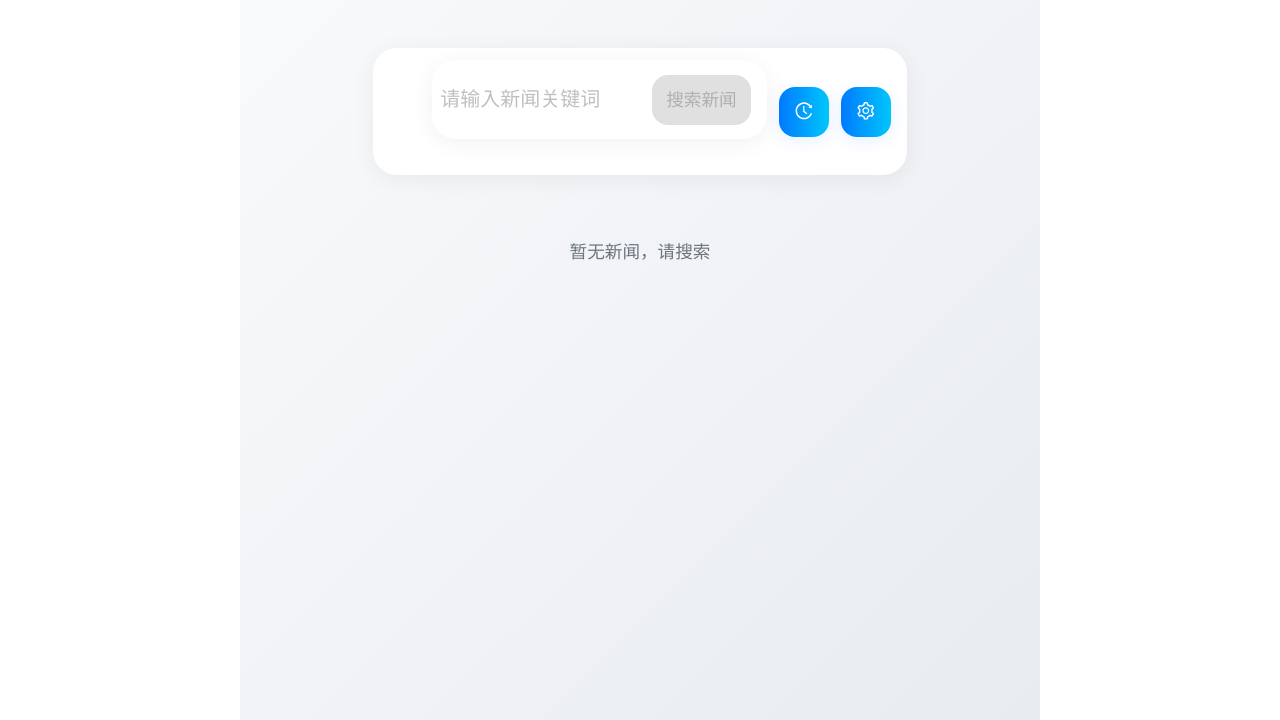
Repository: XJN7197/NewsAssistantBaseMCP
Page: / (app in frontend/)
An editor plug-in stored every save of this project. The page is shown before and after the next save, followed by the edit.
The browser window is 1280 px wide. The pictures show the whole page.
The project was rebuilt for these pictures with package versions that can differ from the ones it lists, and the page was loaded fresh each time. Also part of the build but not shown: frontend/vite.config.ts, frontend/src/components/NewsCard.tsx.

Above is the page before, as saved 2025-05-25 19:40:25.

### frontend/src/App.tsx
import { useState } from 'react'
import Home from './pages/Home'
import './App.css'

function App() {

  return (
    <>
      <Home/>
    </>
  )
}

export default App

### frontend/src/pages/Home.module.css
.home-container {
  height: 100vh;
  width: 800px;
  background: linear-gradient(135deg, #f8fafc 0%, #e9ecef 100%);
  display: flex;
  flex-direction: column;
  align-items: center;
  padding: 48px 0 48px 0; /* 调整了上下padding，左右padding设为0，因为内容区会通过max-width控制 */
  font-family: -apple-system, BlinkMacSystemFont, "Segoe UI", Roboto, "Helvetica Neue", Arial, "PingFang SC", "Hiragino Sans GB", "Microsoft YaHei", sans-serif;
}

.search-bar {
  display: flex;
  justify-content: flex-end;
  align-items: center;
  gap: 12px;
  position: sticky;
  top: 0;
  z-index: 1;
  background: #fff;
  border-radius: 24px;
  box-shadow: 0 4px 24px 0 rgba(0,0,0,0.06);
  padding: 12px 16px; /* 减小整体内边距 */
  margin-bottom: 24px;
  width: 66.66%;
  max-width: none;
}

.search-bar input[type="text"] {
  flex: 1;
  min-width: 200px; /* 设置最小宽度 */
  border: none;
  outline: none;
  font-size: 1.25rem;
  background: transparent;
  color: #222;
  padding: 8px 12px; /* 调整输入框内边距 */
  margin: 0;
  box-sizing: border-box;
  border-radius: 8px; /* 添加圆角 */
  transition: background 0.2s;
}

/* 添加输入框悬停效果 */
.search-bar input[type="text"]:hover,
.search-bar input[type="text"]:focus {
  background: rgba(0, 0, 0, 0.02);
}
.search-bar button {
  height: 50px;
  background: linear-gradient(90deg, #007aff 0%, #00c6fb 100%);
  color: #fff;
  border: none;
  border-radius: 16px; /* 更大的圆角 */
  padding: 14px 36px; /* 增加了按钮padding */
  font-size: 1.1rem; /* 稍大字体 */
  font-weight: 500;
  cursor: pointer;
  transition: background 0.2s, box-shadow 0.2s;
  box-shadow: 0 4px 16px 0 rgba(0,122,255,0.10); /* 按钮阴影 */
}

.search-bar button:disabled {
  background: #e0e0e0;
  color: #b0b0b0;
  cursor: not-allowed;
  box-shadow: none;
}

.news-list-container { /* Renamed from .news-list */
  width: 66.66%; /* 宽度固定为视口宽度的2/3 */
  /* height: 1500px; 高度固定为1500px */
  max-width: none; /* 移除最大宽度限制 */
  margin-bottom: 40px;
  min-height: 180px; /* 最小高度，避免内容过少时塌陷 */
  display: flex;
  flex-direction: column;
  gap: 24px; /* 新闻卡片之间的间距 */
  overflow-y: auto; /* 添加垂直滚动 */
  /* 可以在这里添加新闻卡片的样式，或者为新闻卡片组件单独创建样式文件 */
}

/* 针对 news-list 中暂无新闻的提示文本样式 */
.news-list > div {
  color: #6c757d; /* 柔和的提示文字颜色 */
  font-size: 1.1rem;
  text-align: center;
  padding: 40px 0;
}

/* Styles for .news-card, .checkbox-container, .news-content, .news-title, .news-desc, .news-link are removed as Ant Design components handle them */

/* 错误消息样式 */
.error-message {
  color: #dc3545; /* 红色错误提示 */
  font-size: 1.1rem;
  text-align: center;
  padding: 40px 0;
}


.analyze-btn {
  margin-bottom: 32px;
}

.analyze-btn button {
  background: linear-gradient(90deg, #34e89e 0%, #0f3443 100%); /* 保持了之前的渐变色 */
  color: #fff;
  border: none;
  border-radius: 16px; /* 更大的圆角 */
  padding: 16px 48px; /* 增加了按钮padding */
  font-size: 1.2rem; /* 稍大字体 */
  font-weight: 600;
  cursor: pointer;
  transition: background 0.2s, box-shadow 0.2s;
  box-shadow: 0 4px 16px 0 rgba(52,232,158,0.10); /* 按钮阴影 */
}

.analyze-btn button:disabled {
  background: #e0e0e0;
  color: #b0b0b0;
  cursor: not-allowed;
  box-shadow: none;
}

/* Styles for .report-modal and its children are removed as Ant Design Modal component handles them */

### frontend/src/mock/newsData.ts
export const mockNewsData = {
    news_list: [
      {
        title: "Qwen引领AI前端技术革新：深度解析一句话开发网页的突破_模型_行业_创新",
        desc: "在人工智能快速发展的2025年，来自量子位的最新报道显示，AI技术正迎来前所未有的革新，尤其是在前端开发领域。由Qwen推出的“AI前端工程师”WebDev工具，以...",
        url: "https://news.sohu.com/a/893821748_121924584"
      },
      {
        title: "谷歌推Gemini2.5Pro模型，AI 助力前端开发与复杂编程",
        desc: "谷歌推Gemini2.5Pro模型#，AI 助力前端开发与复杂编程】5 月7 日消息，科技媒体The Decoder 昨日（5 月6 日）发布博文，报道称谷歌为预热今年的I/O...",
        url: "https://news.sina.com.cn/external/car/2025-05-07/doc-inevtine1324735.shtml"
      },
      {
        title: "前端程序员请注意！首个截图就能生成现代前端代码的AI来了 | 已开源",
        desc: "现在截图生成代码，已经来到了一个新高度——. ⾸个⾯向现代前端代码⽣成的多模态⼤模型解决⽅案，来了！ 而且是开源的那种。 前端程序员请注意！首个截图就能...",
        url: "https://www.qbitai.com/2025/02/258521.html"
      },
      {
        title: "AI包办79%代码，程序员饭碗不保，前端开发要凉，人类只配改Bug？",
        desc: "编码助手更偏向自动化。有79%的Claude Code对话可以被归为「自动化」，即AI直接完成任务，而不是与人类协作「增强」。相比之下，Claude.ai的对话中只有49%是...",
        url: "https://m.36kr.com/p/3271134281245063"
      },
      {
        title: "武汉烽火申请前后端协同开发方法专利，大大降低前后端耦合度",
        desc: "本文源自:金融界. 金融界2025年5月15日消息，国家知识产权局信息显示，武汉烽火信息集成技术有限公司申请一项名为“前后端协同开发方法、装置、设备及可...",
        url: "https://cj.sina.cn/articles/view/1704103183/65928d0f02007wlqg?froms=ggmp"
      }
    ]
  };

### frontend/src/mock/reportData.ts
// 模拟舆情分析报告数据
export const mockReportData = {
  report: `
  **分析时间：** 2025-05-22 20:48:32

  ---

  ## 📥 原始新闻内容

  ### 新闻1
  - **标题**: Qwen引领AI前端技术革新：深度解析一句话开发网页的突破_模型_行业_创新
  - **描述**: 在人工智能快速发展的2025年，来自量子位的最新报道显示，AI技术正迎来前所未有的革新，尤其是在前端开发领域。由Qwen推出的“AI前端工程师”WebDev工具，以...
  - **链接**: https://news.sohu.com/a/893821748_121924584

  ### 新闻2
  - **标题**: 谷歌推Gemini2.5Pro模型，AI 助力前端开发与复杂编程
  - **描述**: 谷歌推Gemini2.5Pro模型#，AI 助力前端开发与复杂编程】5 月7 日消息，科技媒体The Decoder 昨日（5 月6 日）发布博文，报道称谷歌为预热今年的I/O...
  - **链接**: https://news.sina.com.cn/external/car/2025-05-07/doc-inevtine1324735.shtml

  ### 新闻3
  - **标题**: 前端程序员请注意！首个截图就能生成现代前端代码的AI来了 | 已开源
  - **描述**: 现在截图生成代码，已经来到了一个新高度——. ⾸个⾯向现代前端代码⽣成的多模态⼤模型解决⽅案，来了！ 而且是开源的那种。 前端程序员请注意！首个截图就能...
  - **链接**: https://www.qbitai.com/2025/02/258521.html

  ### 新闻4
  - **标题**: AI包办79%代码，程序员饭碗不保，前端开发要凉，人类只配改Bug？
  - **描述**: 编码助手更偏向自动化。有79%的Claude Code对话可以被归为「自动化」，即AI直接完成任务，而不是与人类协作「增强」。相比之下，Claude.ai的对话中只有49%是...
  - **链接**: https://m.36kr.com/p/3271134281245063

  ### 新闻5
  - **标题**: 武汉烽火申请前后端协同开发方法专利，大大降低前后端耦合度
  - **描述**: 本文源自:金融界. 金融界2025年5月15日消息，国家知识产权局信息显示，武汉烽火信息集成技术有限公司申请一项名为“前后端协同开发方法、装置、设备及可...
  - **链接**: https://cj.sina.cn/articles/view/1704103183/65928d0f02007wlqg?froms=ggmp

  ---

  ## 📊 分析结果

  ### 舆情分析报告
  **日期**：2025年5月
  **分析范围**：五篇关于AI与前端开发的新闻

  ---

  #### **一、情绪倾向分析**
  | 新闻编号 | 情绪倾向 | 原因说明 |
  |----------|----------|----------|
  | **新闻1** | **正面** | 强调Qwen的“革新”“突破”等词汇，突出AI技术对前端开发的赋能，传递积极创新信号。 |
  | **新闻2** | **正面** | 谷歌推出新模型推动“AI助力前端开发”，体现技术迭代的行业趋势，语气温和但积极。 |
  | **新闻3** | **正面** | 聚焦“首个截图生成代码”“开源”等关键词，展示AI工具的实用性和开放性，引发开发者关注。 |
  | **新闻4** | **负面** | 标题直接使用“饭碗不保”“要凉”等强烈词汇，讨论AI对程序员职业的冲击，情绪偏担忧。 |
  | **新闻5** | **正面** | 武汉烽火的专利申请聚焦“降低耦合度”技术优化，体现行业对效率提升的关注，属中性积极技术报道。 |

  ---

  #### **二、舆情总结**
  1. **技术革新主导正面情绪**
     - 多篇新闻聚焦AI在前端开发中的创新应用（如Qwen、Gemini2.5Pro、开源工具），强调效率提升、自动化开发等优势，反映行业对AI技术的期待与认可。
     - 专利申请（新闻5）进一步表明企业对技术优化的重视，传递积极发展趋势。

  2. **负面情绪集中于就业风险**
     - 新闻4通过“79%代码由AI包办”“程序员饭碗不保”等表述，引发对AI替代人力的焦虑，负面情绪显著，但未否认技术价值。

  3. **行业矛盾与机遇并存**
     - 正面报道多关注技术突破，负面内容则反映人类与AI协作模式的争议，整体呈现“技术进步”与“职业担忧”的双重叙事。

  ---

  #### **三、建议**
  - **技术开发者**：关注AI工具的开源与迭代（如新闻3），同时提升复合技能以适应自动化趋势。
  - **企业与政策制定者**：平衡技术应用与就业保障，推动人机协作模式的探索。
  - **媒体传播**：客观呈现AI对行业的赋能与挑战，避免过度渲染负面情绪。

  **结论**：当前舆情以技术革新为核心积极主题，但需警惕AI对职业结构的潜在冲击，行业需在创新与人文关怀间寻求平衡。
`
}

### frontend/src/components/NewsSearch.tsx
import React from 'react';
import { Button as AntButton, Input } from 'antd';
import styles from '../pages/Home.module.css'; // 引入 Home.module.css 中的样式

interface NewsSearchProps {
  keyword: string;
  setKeyword: (keyword: string) => void;
  handleSearch: () => void;
  loading: boolean;
}

const NewsSearch: React.FC<NewsSearchProps> = ({
  keyword,
  setKeyword,
  handleSearch,
  loading,
}) => {
  return (
    <div className={styles['search-bar']}> {/* 使用 Home.module.css 中的样式 */}
      <Input
        placeholder="请输入新闻关键词"
        value={keyword}
        onChange={e => setKeyword(e.target.value)}
        onPressEnter={handleSearch} // 支持回车搜索
        style={{ flex: 1, fontSize: '1.25rem', padding: '12px 0' }} // 保持原有部分样式
      />
      <AntButton
        type="primary"
        onClick={handleSearch}
        loading={loading}
        disabled={!keyword}
        style={{ borderRadius: '16px', padding: '14px', fontSize: '1.1rem', fontWeight: 500 }} // 保持原有部分样式，并添加右边距
      >
        搜索新闻
      </AntButton>
    </div>
  );
};

export default NewsSearch;

### frontend/src/components/NewsList.tsx
import React from 'react';
import { List, Spin, Typography } from 'antd';
import NewsCard from './NewsCard';
import styles from '../pages/Home.module.css'; // 引入 Home.module.css 中的样式

const { Text } = Typography;

interface NewsListProps {
  newsList: any[]; // 根据实际新闻数据结构定义更精确的类型
  selectedNews: Set<number>;
  onItemChange: (id: number, checked: boolean) => void;
  loading: boolean;
}

const NewsList: React.FC<NewsListProps> = ({
  newsList,
  selectedNews,
  onItemChange,
  loading,
}) => {
  return (
    <div className={styles['news-list-container']}> {/* 使用 Home.module.css 中的样式 */}
      {loading && newsList.length === 0 && (
        <div style={{ textAlign: 'center', padding: '40px 0' }}>
          <Spin size="large" />
        </div>
      )}
      {!loading && newsList.length === 0 && (
        <div style={{ textAlign: 'center', color: '#6c757d', fontSize: '1.1rem', padding: '40px 0' }}>
          暂无新闻，请搜索
        </div>
      )}
      {newsList.length > 0 && newsList[0].error && (
        <div className={styles['error-message']}>{newsList[0].error}</div>
      )}
      {newsList.length > 0 && !newsList[0].error && (
        <List
          itemLayout="horizontal"
          dataSource={newsList}
          renderItem={item => (
            <NewsCard
              key={item.id}
              item={item}
              selectedNews={selectedNews}
              onItemChange={onItemChange}
            />
          )}
        />
      )}
    </div>
  );
};

export default NewsList;

### frontend/src/components/ReportModal.tsx
import React from 'react';
import { Modal, Button as AntButton, Spin, Typography } from 'antd';
import ReactMarkdown from 'react-markdown';
import remarkGfm from 'remark-gfm';

const { Title, Text } = Typography;

interface ReportModalProps {
  showReport: boolean;
  setShowReport: (show: boolean) => void;
  report: string | null;
  loading: boolean;
  handleDownload: () => void;
  setEmailModalVisible: (visible: boolean) => void;
}

const ReportModal: React.FC<ReportModalProps> = ({
  showReport,
  setShowReport,
  report,
  loading,
  handleDownload,
  setEmailModalVisible,
}) => {
  return (
    <Modal
      title={<Title level={3} style={{ textAlign: 'center', marginBottom: 0 }}>舆情分析报告</Title>}
      open={showReport}
      onCancel={() => setShowReport(false)}
      footer={[
        <AntButton
          key="download"
          onClick={handleDownload}
          disabled={!report}
          style={{ borderRadius: '12px', marginRight: '8px' }}
        >
          下载报告
        </AntButton>,
        <AntButton
          key="email"
          onClick={() => setEmailModalVisible(true)}
          disabled={!report}
          style={{ borderRadius: '12px', marginRight: '8px' }}
        >
          发送邮件
        </AntButton>,
        <AntButton key="close" type="primary" onClick={() => setShowReport(false)} style={{ borderRadius: '12px' }}>
          关闭
        </AntButton>
      ]}
      width="60vw"
      styles={{
        body: { maxHeight: '70vh', overflowY: 'auto', background: '#fff', padding: '24px 40px' },
        content: { zIndex: 1000 }
      }}
    >
      {loading && !report ? (
        <div style={{ textAlign: 'center', padding: '40px 0' }}>
          <Spin size="large" tip="分析报告生成中..." />
        </div>
      ) : report ? (
        <ReactMarkdown remarkPlugins={[remarkGfm]}>{report}</ReactMarkdown>
      ) : (
        <Text>报告生成中或无内容...</Text>
      )}
    </Modal>
  );
};

export default ReportModal;

### frontend/src/components/SettingsModal.tsx
import React from 'react';
import { Modal, Button as AntButton, Spin, Form, Input, Typography, message } from 'antd';

const { Title } = Typography;

interface SettingsModalProps {
  showSettings: boolean;
  setShowSettings: (show: boolean) => void;
  config: any; // 根据实际配置数据结构定义更精确的类型
  configLoading: boolean;
  fetchConfig: () => void;
  updateConfig: (values: any) => Promise<void>;
}

const SettingsModal: React.FC<SettingsModalProps> = ({
  showSettings,
  setShowSettings,
  config,
  configLoading,
  fetchConfig,
  updateConfig,
}) => {
  const [configForm] = Form.useForm();

  // 当弹窗打开时获取配置
  React.useEffect(() => {
    if (showSettings) {
      fetchConfig();
    }
  }, [showSettings, fetchConfig]);

  // 当 config 更新时设置表单值
  React.useEffect(() => {
    configForm.setFieldsValue(config);
  }, [config, configForm]);

  const handleSave = async () => {
    try {
      const values = await configForm.validateFields();
      await updateConfig(values);
    } catch (errorInfo) {
      console.error('Validate Failed:', errorInfo);
      message.error('请检查表单填写是否正确。');
    }
  };

  return (
    <Modal
      title={<Title level={3} style={{ textAlign: 'center', marginBottom: 0 }}>配置设置</Title>}
      open={showSettings}
      onCancel={() => setShowSettings(false)}
      footer={[
        <AntButton key="cancel" onClick={() => setShowSettings(false)} style={{ borderRadius: '12px' }}>
          取消
        </AntButton>,
        <AntButton key="submit" type="primary" loading={configLoading} onClick={handleSave} style={{ borderRadius: '12px' }}>
          保存
        </AntButton>,
      ]}
      width="50vw"
      styles={{ body: { maxHeight: '70vh', overflowY: 'auto', background: '#fff', padding: '24px 40px' } }}
    >
      {configLoading && Object.keys(config).length === 0 ? (
        <div style={{ textAlign: 'center', padding: '40px 0' }}>
          <Spin size="large" tip="加载配置中..." />
        </div>
      ) : (
        <Form
          form={configForm}
          layout="vertical"
          initialValues={config} // 使用状态中的配置作为初始值
        >
          {Object.keys(config).map(key => {
            let inputProps = {};

            // 根据不同字段设置不同的input type
            if (key === 'BASE_URL') {
              inputProps = { type: 'url', placeholder: '请输入有效的URL地址' };
            } else if (key === 'EMAIL_USER') {
              inputProps = { type: 'email', placeholder: '请输入有效的邮箱地址' };
            } else if (key === 'SMTP_SERVER') {
              inputProps = {
                type: 'text',
                placeholder: '请输入SMTP服务器地址',
                pattern: '^[a-zA-Z0-9][a-zA-Z0-9\-\.]+[a-zA-Z0-9]$'
              };
            }

            return (
              <Form.Item
                key={key}
                label={key}
                name={key}
                rules={[{ required: true, message: `请输入 ${key}!` }]} // 添加必填规则
              >
                <Input {...inputProps} />
              </Form.Item>
            );
          })}
        </Form>
      )}
    </Modal>
  );
};

export default SettingsModal;

### frontend/src/components/EmailModal.tsx
import React, { useState } from 'react';
import { Modal, Button as AntButton, Form, Input, message } from 'antd';

interface EmailModalProps {
  emailModalVisible: boolean;
  setEmailModalVisible: (visible: boolean) => void;
  report: string | null;
}

const EmailModal: React.FC<EmailModalProps> = ({
  emailModalVisible,
  setEmailModalVisible,
  report,
}) => {
  const [emailTo, setEmailTo] = useState('');
  const [emailSending, setEmailSending] = useState(false);
  const [form] = Form.useForm();

  // Reset form when modal opens
  React.useEffect(() => {
    if (emailModalVisible) {
      form.resetFields();
      setEmailTo(''); // Also reset local state
    }
  }, [emailModalVisible, form]);

  const handleSendEmail = async () => {
    if (!report || !emailTo) return;

    setEmailSending(true);
    try {
      const response = await fetch('http://localhost:8000/send_email', {
        method: 'POST',
        headers: {
          'Content-Type': 'application/json',
        },
        body: JSON.stringify({
          to: emailTo,
          subject: `舆情分析报告`,
          report_content: report
        }),
      });

      const data = await response.json();
      if (data.status === 'success') {
        message.success('邮件发送成功！');
        setEmailModalVisible(false);
      } else {
        message.error(`邮件发送失败: ${data.message}`);
      }
    } catch (error) {
      console.error("邮件发送失败:", error);
      message.error(`邮件发送失败: ${error}`);
    } finally {
      setEmailSending(false);
    }
  };

  return (
    <Modal
      title="发送分析报告到邮箱"
      open={emailModalVisible}
      onCancel={() => setEmailModalVisible(false)}
      footer={[
        <AntButton key="cancel" onClick={() => setEmailModalVisible(false)} style={{ borderRadius: '12px' }}>
          取消
        </AntButton>,
        <AntButton
          key="send"
          type="primary"
          loading={emailSending}
          onClick={handleSendEmail}
          disabled={!emailTo}
          style={{ borderRadius: '12px' }}
        >
          发送
        </AntButton>,
      ]}
    >
      <Form form={form} layout="vertical">
        <Form.Item
          label="收件人邮箱"
          name="email"
          rules={[
            { required: true, message: '请输入收件人邮箱!' },
            { type: 'email', message: '请输入有效的邮箱地址!' }
          ]}
        >
          <Input
            placeholder="请输入收件人邮箱"
            value={emailTo}
            onChange={e => setEmailTo(e.target.value)}
          />
        </Form.Item>
      </Form>
    </Modal>
  );
};

export default EmailModal;

Loaded but not shown: frontend/index.html (common file); frontend/src/main.tsx (common file); frontend/src/index.css (common file); frontend/src/App.css (common file); frontend/src/pages/Home.tsx (476 lines, source omitted)

After the next save:
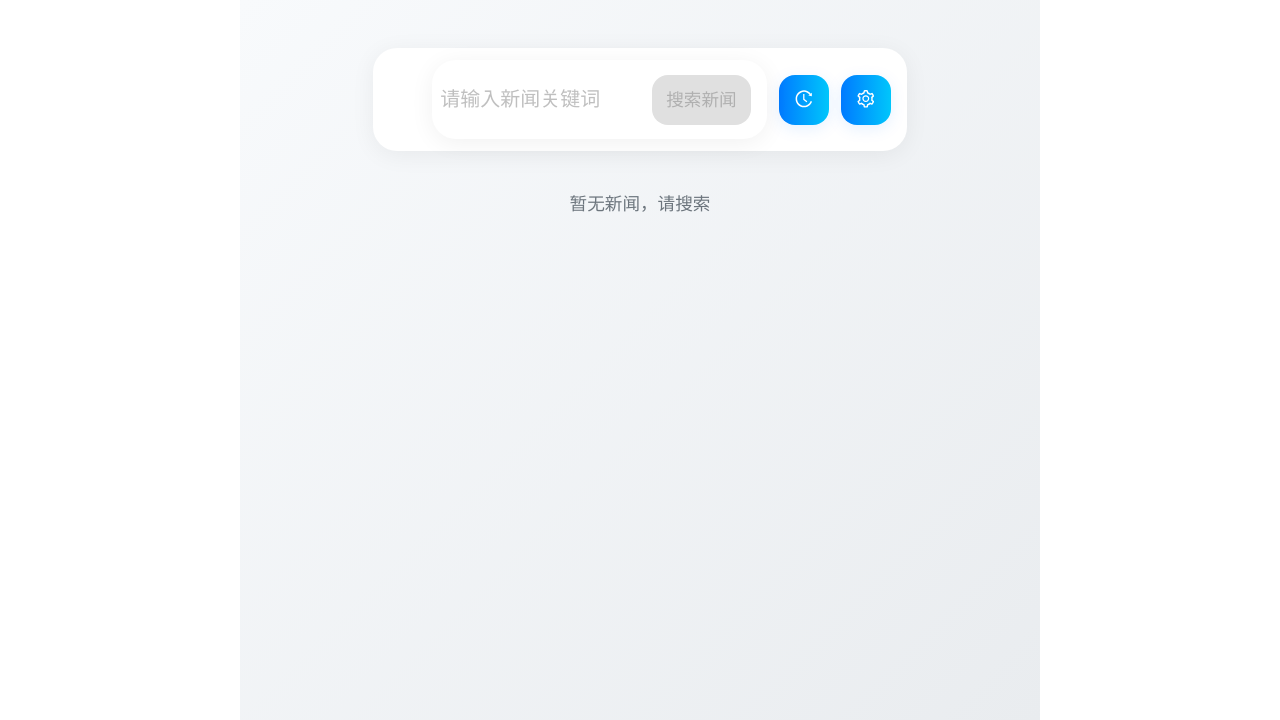
Saved 3 min 52 s later.
--- a/frontend/src/pages/Home.module.css
+++ b/frontend/src/pages/Home.module.css
@@ -21,7 +21,6 @@
   border-radius: 24px;
   box-shadow: 0 4px 24px 0 rgba(0,0,0,0.06);
   padding: 12px 16px; /* 减小整体内边距 */
-  margin-bottom: 24px;
   width: 66.66%;
   max-width: none;
 }
